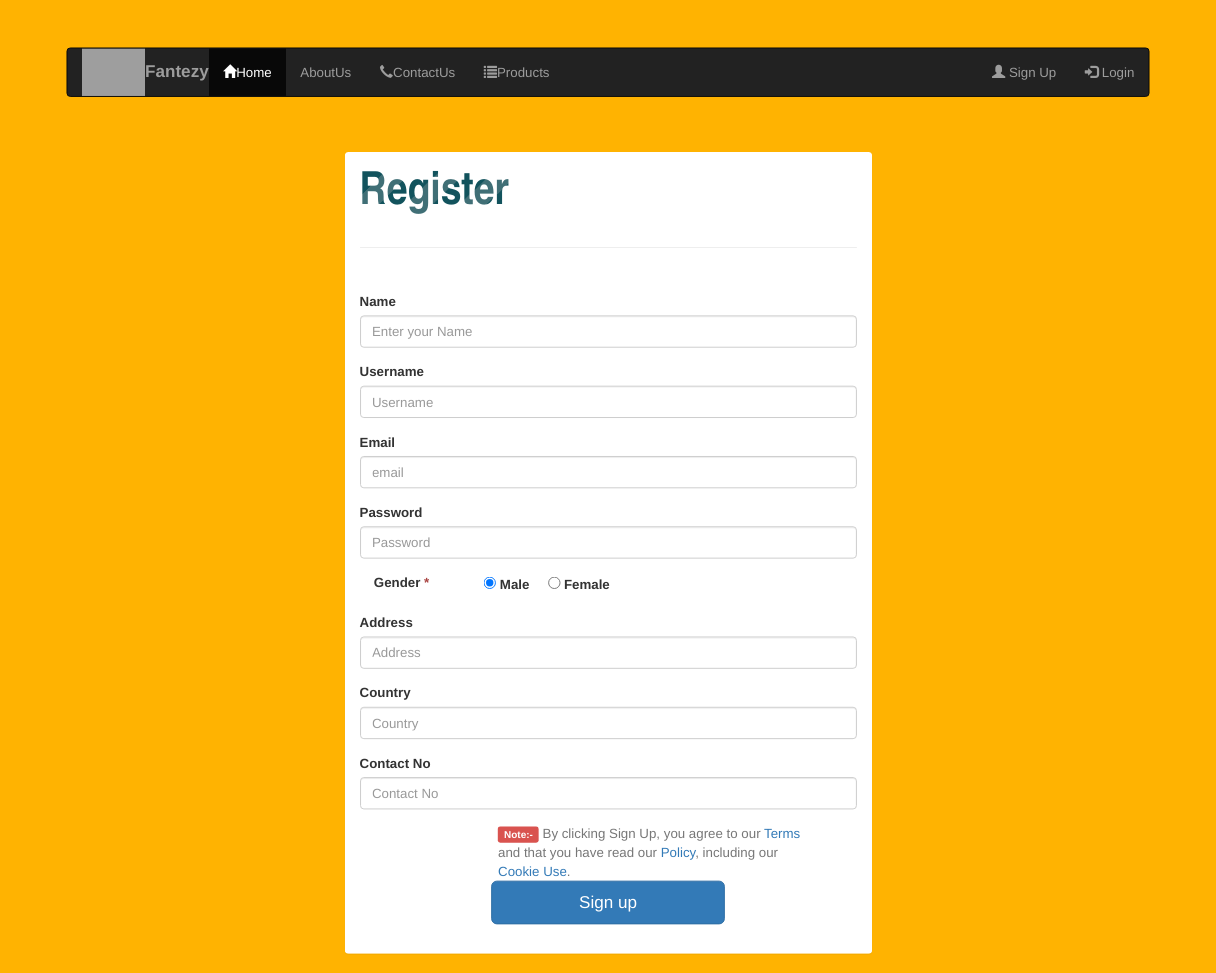
Repository: Safna93/eCommerce-project
Page: http://localhost/FantezyFrontendProject/WEB-INF/views/Register.jsp
These files come from the project's save history. The page is drawn as it stood at one moment and after the next save; the edit follows.
The browser window is 1280 px wide. The pictures show the whole page, at 95% of full size.
Pictures or frames that could not be fetched are drawn as grey boxes. Some web libraries are served in a nearby version. The page is served by Tomcat 9. Nobody is signed in. Other server files are loaded and not shown. The template is opened directly, without the code that normally fills it, so the values that code supplies are empty.

Above is the page before, as saved 2017-07-11 08:43:54.

### Fantezy Project/Fantezy/FantezyFrontendProject/src/main/webapp/WEB-INF/views/Register.jsp
<!DOCTYPE html>
<%@include file="Header.jsp"%>
<html lang="en">
<head>

<title>Registration</title>
<meta charset="utf-8">
<meta name="viewport" content="width=device-width, initial-scale=1">
<link rel="stylesheet"
	href="https://maxcdn.bootstrapcdn.com/bootstrap/3.3.7/css/bootstrap.min.css">
<%@ taglib uri="http://java.sun.com/jsp/jstl/core" prefix="c" %>
<link href="<c:url value="/resources/css/Reg.css" />" rel="stylesheet">
<script
	src="https://ajax.googleapis.com/ajax/libs/jquery/3.2.1/jquery.min.js"></script>
<script
	src="https://maxcdn.bootstrapcdn.com/bootstrap/3.3.7/js/bootstrap.min.js"></script>

</head>
<body>


	<div id="regContainer" class="container">
		<div class="row">
			<div class="col-md-6 col-md-offset-3">
				<div class="panel panel-register">
					<div class="panel-heading">
						<div class="row">
							<div class="col-xs-6">
								<a href="#" class="active" id="register-form-link">Register</a>
							</div>

						</div>
						<hr>
					</div>
					<div class="panel-body">
						<div class="row">
							<div class="col-lg-12">
								<form id="register-form" action="InsertUserRegister" method="post" role="form"
									style="display: block;">
									<div class="form-group">
										<label for="name">Name</label> <input type="text"
											name="username" id="username" tabindex="1"
											class="form-control" placeholder="Enter your Name" value="" required>
									</div>
									<div class="form-group">
										<label for="username">Username</label> <input type="text"
											name="username" id="username" tabindex="1"
											class="form-control" placeholder="Username" value=""  pattern=[A-z]{a-z}"
        title="Username should only contain lowercase letters. e.g. safna" required>
									</div>
									<div class="form-group">
										<label for="email">Email</label> <input type="Address"
											name="email" id="email" tabindex="2" class="form-control"
											placeholder="email" pattern="[a-z0-9._%+-]+@[a-z0-9.-]+\.[a-z]{2,3}$" title="Eg:safna@xxx.yyy>" required>
									</div>
									<div class="form-group">
										<label for="password">Password</label> <input type="password"
											name="password" id="password" tabindex="2"
											class="form-control" placeholder="Password" minlength="6" maxlength="16"  title="Six or more characters" required>
									</div>


									<div class="form-group">
										<label class="control-label col-sm-3">Gender <span
											class="text-danger">*</span></label> <label> <input
											name="gender" type="radio" value="Male" checked> Male
										</label>     <label> <input name="gender" type="radio"
											value="Female"> Female
										</label>
									</div>


									<div class="form-group">
										<label for="address">Address</label> <input type="address"
											name="address" id="Address" tabindex="2" class="form-control"
											placeholder="Address" required>
									</div>
									<div class="form-group">
										<label for="country">Country</label> <input type="Country"
											name="Country" id="Country" tabindex="2" class="form-control"
											placeholder="Country" required>
									</div>
									<div class="form-group">
										<label for="mobile">Contact No</label> <input
											type="Contact No" name="Contact No" id="Contact No"
											tabindex="2" class="form-control" placeholder="Contact No" pattern="[789][0-9]{9}" title="Should be 10 numbers from India" required>
									</div>
									<div class="form-group">
										<div class="col-xs-offset-3 col-md-8 col-sm-9">
											<span class="text-muted"><span
												class="label label-danger">Note:-</span> By clicking Sign
												Up, you agree to our <a href="#">Terms</a> and that you have
												read our <a href="#">Policy</a>, including our <a href="#">Cookie
													Use</a>.</span>
										</div>



									<div class="form-group">
										<div class="row">
											<div class="col-sm-6 col-sm-offset-3">
												<button class="btn btn-lg btn-primary btn-block"
													type="submit">Sign up</button>
											</div>
										</div>
									</div>

									</div>

								</form>

							</div>
						</div>
					</div>
				</div>
			</div>
		</div>
	</div>

</body>
</html>

### Fantezy Project/Fantezy/FantezyFrontendProject/src/main/webapp/WEB-INF/views/Header.jsp
<!DOCTYPE html>
<html lang="en">
<head>
<title>Fatntezy-The Girlz Corner</title>
<meta charset="utf-8">
<meta name="viewport" content="width=device-width, initial-scale=1">
<%@ taglib uri="http://java.sun.com/jsp/jstl/core" prefix="c"%>
<link rel="stylesheet"
	href="https://maxcdn.bootstrapcdn.com/bootstrap/3.3.7/css/bootstrap.min.css">
<link href="<c:url value="/resources/css/Head.css" />" rel="stylesheet">
<script
	src="https://ajax.googleapis.com/ajax/libs/jquery/3.2.1/jquery.min.js"></script>
<script
	src="https://maxcdn.bootstrapcdn.com/bootstrap/3.3.7/js/bootstrap.min.js"></script>
</head>
<body>
<body style="background-color:#ffb301">
	<div class="header">
		<div class="container">
			<header style="height: 50px;"></header>
			<!------------- Navbar -------------->
			<nav class="my-nav navbar navbar-inverse bs-dark">
				<div class="navbar-header"></div>


				<div class="collapse navbar-collapse"
					id="bs-example-navbar-collapse-1">
					<ul class="nav navbar-nav">
						<a class="navbar-brand" href="ioo" style="padding: 0px;"> <img
							src="/resources/images/fan.png" style="height: 100%; display: inline-block;"><span><b>Fantezy</b></span>
						</a>

						<li class="active"><a href="ioo"><span
								class="glyphicon glyphicon-home"></span>Home</a></li>

						<li><a href="AboutUs">AboutUs</a></li>
						<li><a href="ContactUs"><span
								class="glyphicon glyphicon-earphone"></span>ContactUs</a></li>
						<li><a href="displayProducts"><span
								class="glyphicon glyphicon-list"></span>Products</a></li>
						</li>

					</ul>
					<ul class="nav navbar-nav navbar-right">
						<li><a href="login"><span
								class="glyphicon glyphicon-log-in"></span> Login</a></li>
					</ul>
					<ul class="nav navbar-nav navbar-right">
						<li><a href="Register"><span
								class="glyphicon glyphicon-user"></span> Sign Up</a></li>

					</ul>
				</div>


				</li>
				</ul>
		</div>
		</nav>
	</div>

	<!----------- !Navbar End ------------>


	</div>

### Fantezy Project/Fantezy/FantezyFrontendProject/src/main/webapp/resources/css/Head.css


.bs-dark.navbar-inverse {
  background-color: #222;
  border-color: #080808;
}
.bs-dark .navbar-img {padding:5px 6px !important;}
.bs-dark .navbar-img img {width:40px;}
.bs-dark .dropdown-menu {
  min-width: 200px;
  padding: 5px 0;
  margin: 2px 0 0;
  background-color: #000;
  border: 1px solid rgba(0, 0, 0, 0.7);
  border: 1px solid rgba(0, 0, 0, .15);
  -webkit-box-shadow: 0 6px 12px rgba(0, 0, 0, .175);
          box-shadow: 0 6px 12px rgba(0, 0, 0, .175);
}

.bs-dark .dropdown-menu .divider {
  border: 1px solid rgba(0, 0, 0, 0.8);
}
.bs-dark .dropdown-menu > li > a {
  padding: 6px 20px;
  color: rgba(255,255,255,0.80);
}
.bs-dark .dropdown-menu > li > a:hover,
.bs-dark .dropdown-menu > li > a:focus {
  color: rgba(255,255,255,0.70);
  text-decoration: none;
  background-color: transparent;
}
.bs-dark .dropdown-menu > .active > a,
.bs-dark .dropdown-menu > .active > a:hover,
.bs-dark .dropdown-menu > .active > a:focus {
  color: rgba(255,255,255,0.70);
  text-decoration: none;
  background-color: transparent;
  outline: 0;
}

.bs-dark .navbar-form {
  margin:0;
  margin-top: 5px;
  padding:8px 0px;
}

.bs-dark .navbar-form .search-box {
  border:0px;
  height:35px;
  outline: none;
  width:320px;
  padding-right: 3px;
  padding-left: 15px;
  margin:4px;
  -webkit-border-radius: 22px;
  -moz-border-radius: 22px;
  border-radius: 22px;
}

.bs-dark .navbar-form button {
  border: 0;
  background: none;
  padding: 2px 5px;
  margin-top: 2px;
  position: relative;
  left: -34px;
  margin-bottom: 0;
  -webkit-border-radius: 3px;
  -moz-border-radius: 3px;
  border-radius: 3px;
}

.bs-dark .search-box:focus + button {
  z-index: 3;
}

@media (min-width: 768px) {
    .bs-dark .dropdown:hover {background-color: #000;}
	.bs-dark .dropdown:hover .dropdown-menu {
	  display: block;
	}
	.bs-dark .navbar-form {
	  padding:0px;
	}
	.bs-dark .navbar-form .search-box {
	  width:260px;
	  height:32px;
	}

}

### Fantezy Project/Fantezy/FantezyFrontendProject/src/main/webapp/resources/css/Reg.css
#regContainer{
    margin-top: 3%;
}

.panel-login {
    border-color: #ccc;
     background-color: #f9f8f8;
    -webkit-box-shadow: 0px 2px 3px 0px rgba(0,0,0,0.2);
    -moz-box-shadow: 0px 2px 3px 0px rgba(0,0,0,0.2);
    box-shadow: 0px 2px 3px 0px rgba(0,0,0,0.2);
}
.panel-login>.panel-heading {
    text-align:center;
}
.panel-login>.panel-heading a{
    text-decoration: none;
    font-weight: bold;
    font-size: 28px;
    -webkit-transition: all 0.1s linear;
    -moz-transition: all 0.1s linear;
    transition: all 0.1s linear;
}
.panel-login>.panel-heading a.active{
    font-size: 34px;
}
.panel-login>.panel-heading hr{
    margin-top: 10px;
    margin-bottom: 0px;
    clear: both;
    border: 0;
    height: 1px;

}
.panel-login input[type="text"],.panel-login input[type="email"],.panel-login input[type="password"] {
    height: 45px;
    border: 1px solid #ddd;
    font-size: 16px;
    -webkit-transition: all 0.1s linear;
    -moz-transition: all 0.1s linear;
    transition: all 0.1s linear;
}
.panel-login input:hover,
.panel-login input:focus {
    outline:none;
    -webkit-box-shadow: none;
    -moz-box-shadow: none;
    box-shadow: none;
    border-color: #ccc;
}
.btn-login {
    background-color:#3D9DB3;
    outline: none;
    color: #fff;
    font-size: 14px;
    height: auto;
    font-weight: normal;
    padding: 14px 0;
    text-transform: uppercase;
    border-color: #2d92a9;
}
.btn-login:hover,
.btn-login:focus {
    color: #fff;
    background-color: #198da8;
    border-color: #53A3CD;
}
.btn-register {
    background-color: #17ae47;
    outline: none;
    color: #fff;
    font-size: 14px;
    height: auto;
    font-weight: normal;
    padding: 14px 0;
    text-transform: uppercase;
    border-color: #1CB94A;
}
.btn-register:hover,
.btn-register:focus {
    color: #fff;
    background-color: #1CA347;
    border-color: #1CA347;
}

.fullscreen_bg {
    position: fixed;
    top: 0;
    right: 0;
    bottom: 0;
    left: 0;
    background-size: cover;
    background-position: 50% 50%;

    background-repeat:repeat;
  }

.panel-heading a{
    font-size: 48px;
    color: rgb(6, 106, 117);
    padding: 2px 0 10px 0;
    font-family: 'FranchiseRegular','Arial Narrow',Arial,sans-serif;
    font-weight: bold;
    text-align: center;
    padding-bottom: 30px;
}

.panel-heading a{
    background: -webkit-repeating-linear-gradient(-45deg,
    rgb(18, 83, 93) ,
    rgb(18, 83, 93) 20px,
    rgb(64, 111, 118) 20px,
    rgb(64, 111, 118) 40px,
    rgb(18, 83, 93) 40px);
    -webkit-text-fill-color: transparent;
    -webkit-background-clip: text;
}

After the next save:
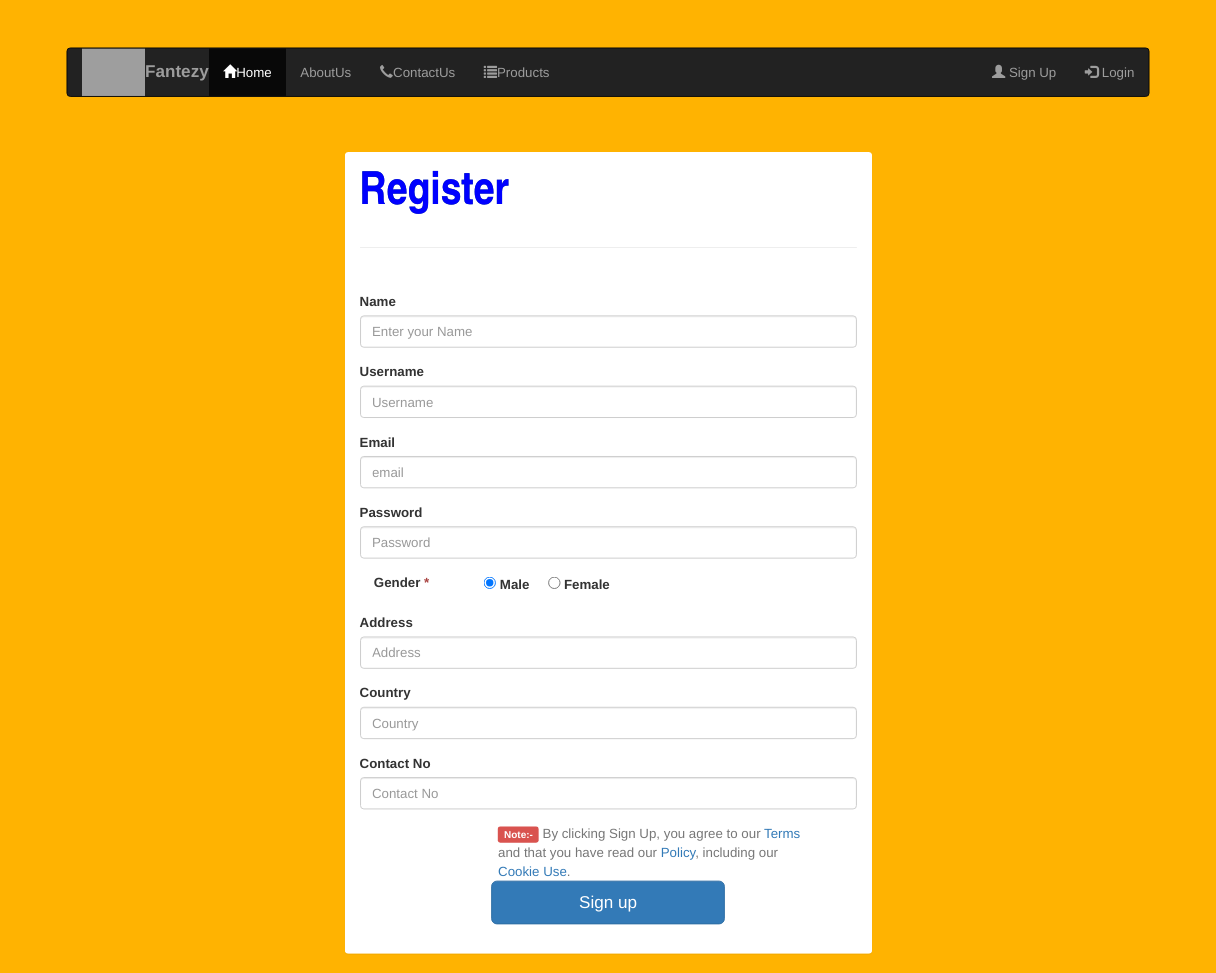
Saved 95 s later.
--- a/Fantezy Project/Fantezy/FantezyFrontendProject/src/main/webapp/resources/css/Reg.css
+++ b/Fantezy Project/Fantezy/FantezyFrontendProject/src/main/webapp/resources/css/Reg.css
@@ -111,6 +111,6 @@
     rgb(64, 111, 118) 20px,
     rgb(64, 111, 118) 40px,
     rgb(18, 83, 93) 40px);
-    -webkit-text-fill-color: transparent;
+    -webkit-text-fill-color: blue;
     -webkit-background-clip: text;
 }
